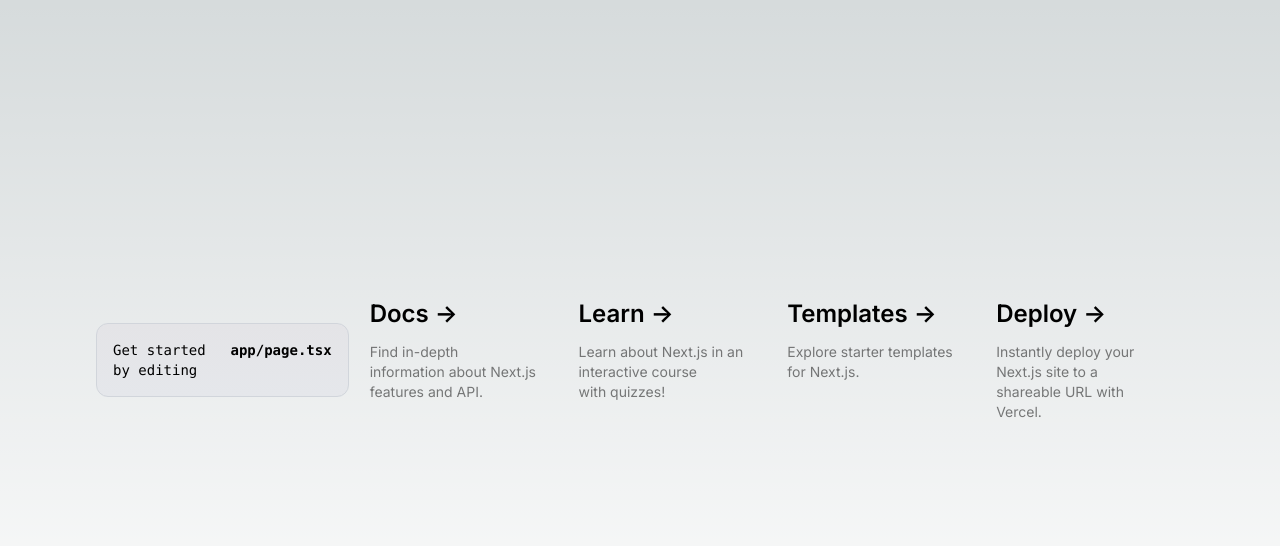
Repository: loktioncode/events-app
Page: /
An editor plug-in stored every save of this project. The page is shown before and after the next save, followed by the edit.
The browser window is 1280 px wide. The pictures show the whole page.
The project was rebuilt for these pictures with package versions that can differ from the ones it lists, and the page was loaded fresh each time. The framework's server and built-in components were replaced by stand-ins that run in the browser. Also part of the build but not shown: next.config.js.

Above is the page before, as saved 2023-11-30 18:06:28.

After the next save:
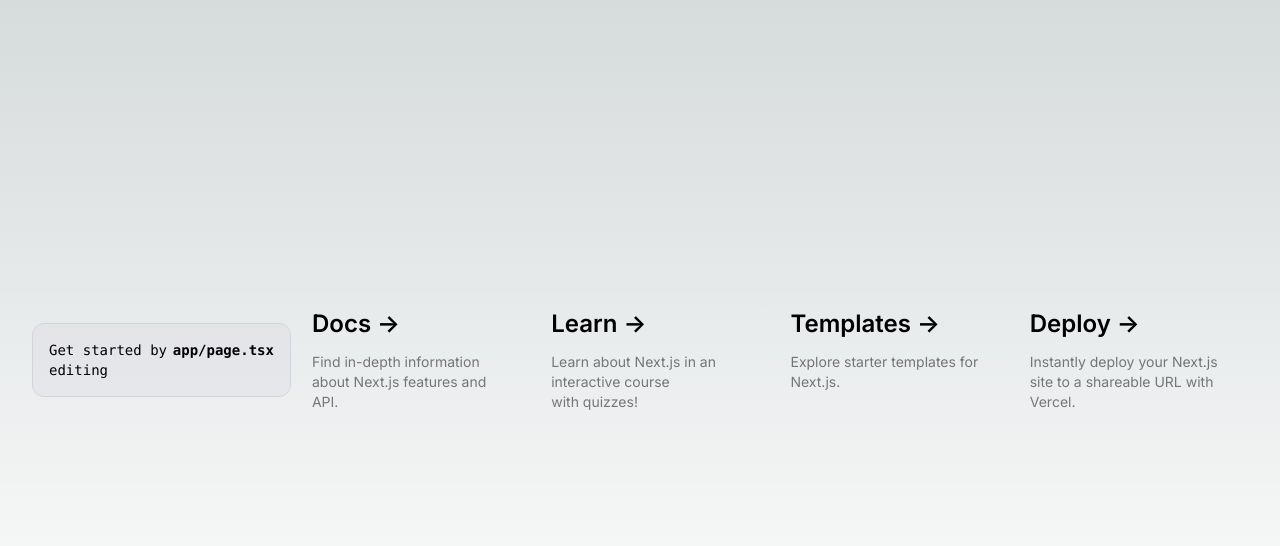
Saved 10 s later.
--- a/app/page.tsx
+++ b/app/page.tsx
@@ -2,7 +2,7 @@ import Image from 'next/image'
 
 export default function Home() {
   return (
-    <main className="flex min-h-screen flex-row items-center justify-between p-24">
+    <main className="flex min-h-screen flex-row items-center justify-between p-8">
 
       <div className="z-10 items-center justify-between font-mono text-sm lg:flex">
         <p className="fixed left-0 top-0 flex w-full justify-center border-b border-gray-300 bg-gradient-to-b from-zinc-200 pb-6 pt-8 backdrop-blur-2xl dark:border-neutral-800 dark:bg-zinc-800/30 dark:from-inherit lg:static lg:w-auto  lg:rounded-xl lg:border lg:bg-gray-200 lg:p-4 lg:dark:bg-zinc-800/30">
